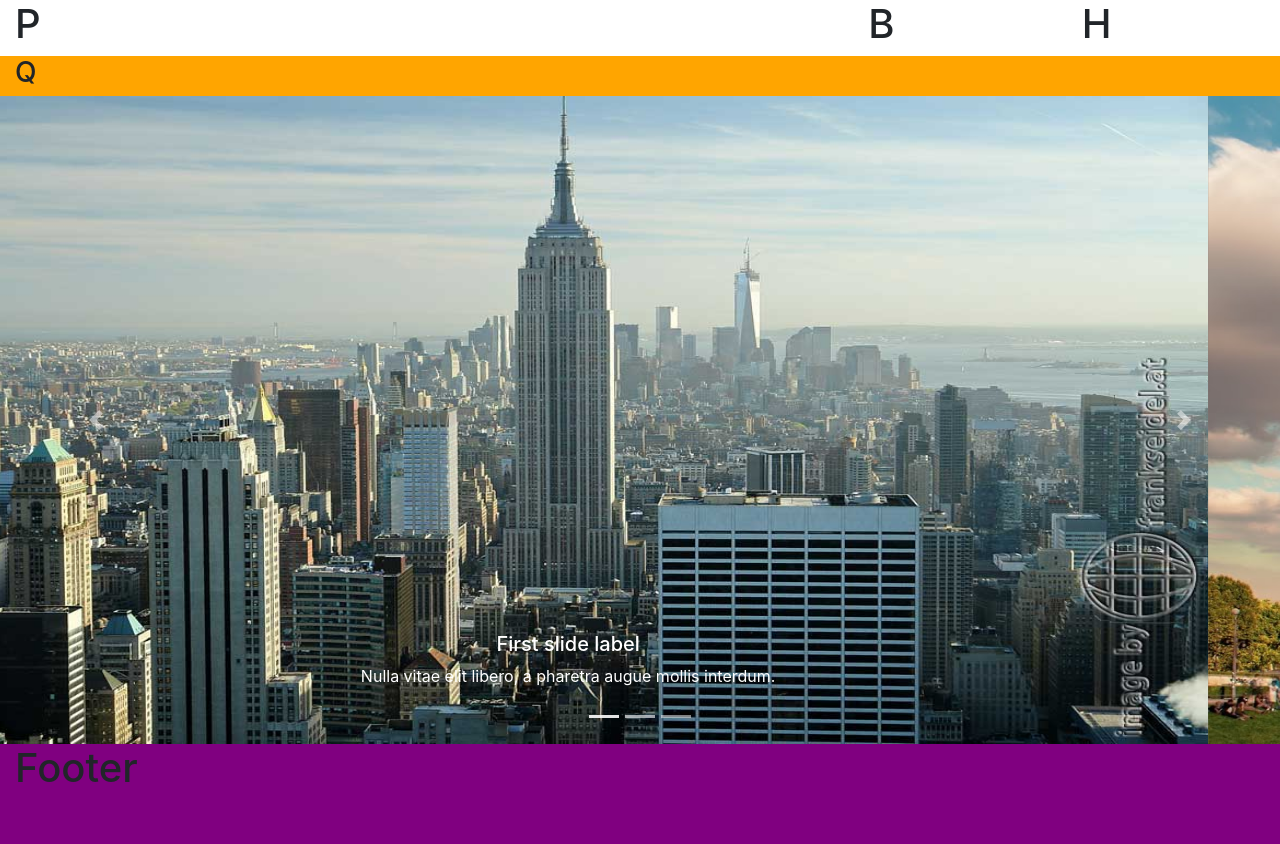
Repository: Brad000/PlanAway-Project
Page: index.html
The author's editor kept a record of every edit. The page is drawn from the files as they stood at one moment, then again after the next edit.
The browser window is 1280 px wide. The pictures show the whole page.
Some web fonts or font styles are not loaded; a fallback is used. Some web libraries are served in a nearby version.

Above is the page before.

After the next edit:
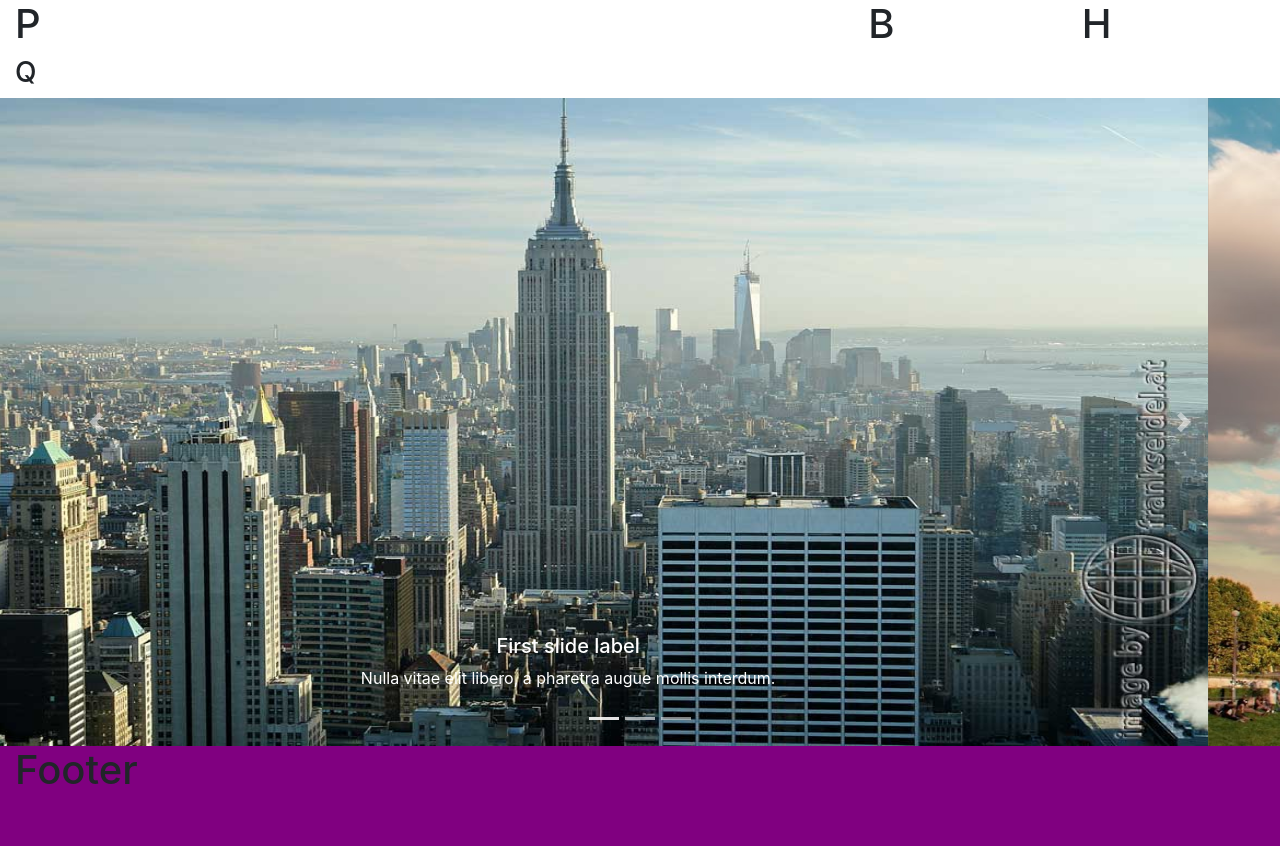
The edit:
--- a/assets/css/style.css
+++ b/assets/css/style.css
@@ -42,11 +42,16 @@
     color: #e85a4f;
 }
 
+.site-brief {
+    font-family: 'Gayathri', sans-serif;
+    text-align: center;
+    font-size: 17px;
+    font-weight: 400;
+    padding: 0;
+    margin: 0;
+}
 
-.d {
-    background-color: orange;
-    height: 40px;
-}
+
 
 .image {
     background-color: gray;
